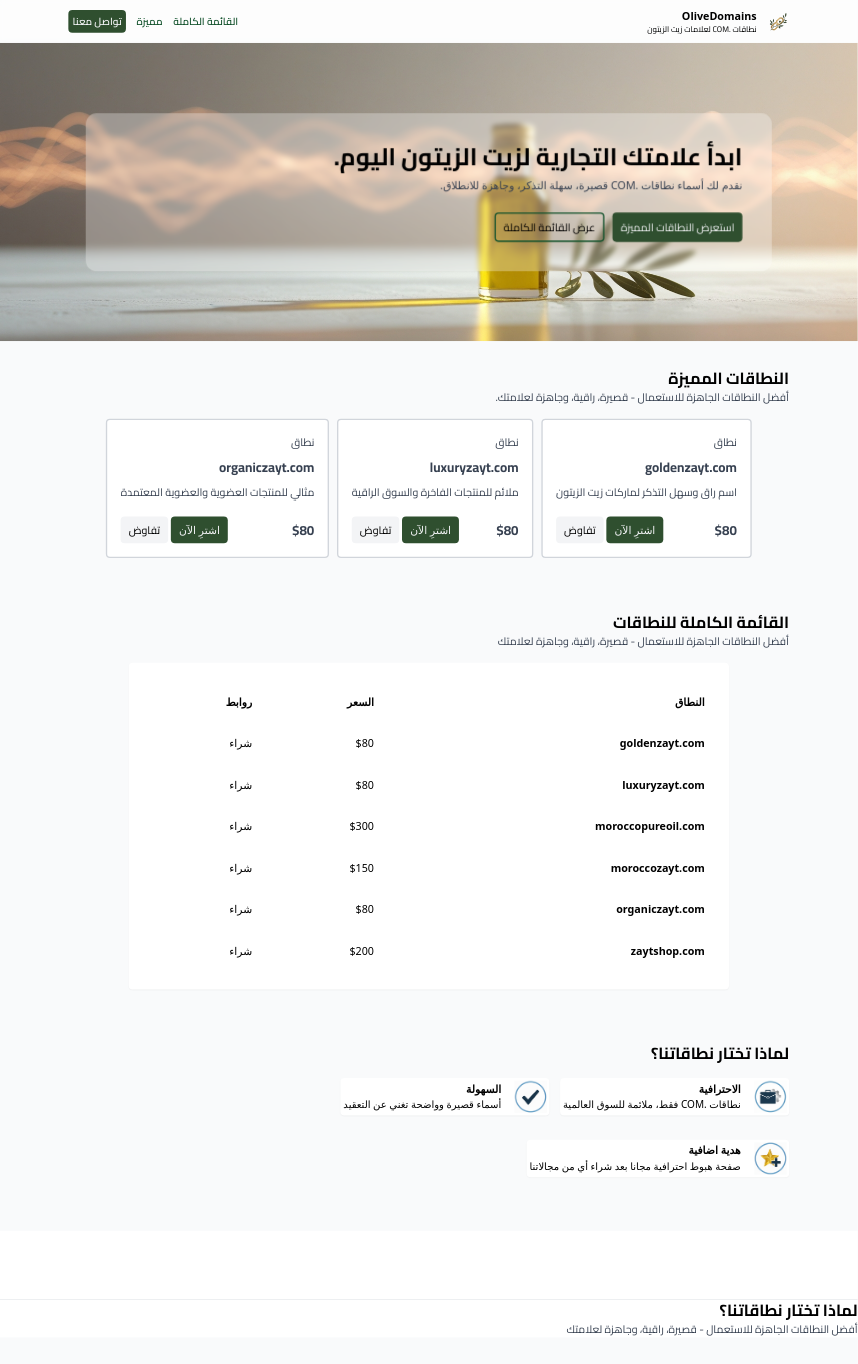
Repository: zakaria-bn05/Olive-oil-domaine-names-english-version
Page: index.html
An editor plug-in stored every save of this project. The page is shown before and after the next save, followed by the edit.
The browser window is 1280 px wide. The pictures show the whole page, at 67% of full size.
Some web libraries are served in a nearby version.

Above is the page before, as saved 2025-11-17 12:21:46.

### index.html
<!DOCTYPE html>
<html lang="ar" dir="rtl">

<head>
    <meta charset="UTF-8">
    <meta name="viewport" content="width=device-width, initial-scale=1.0">
    <script src="https://cdn.tailwindcss.com"></script>
    <link href="https://fonts.googleapis.com/css2?family=Cairo:wght@300;400;600;700;800&display=swap" rel="stylesheet">
    <title>Document</title>
    <style>
        .font-cairo {
            font-family: 'Cairo', system-ui, -apple-system, 'Segoe UI', Roboto, sans-serif;
        }

        .nav-link {
            font-size: 0.95rem;
            font-weight: 600;
        }

        .nav-link:hover {
            opacity: 0.92;
        }

        .bg-olive-btn {
            background-color: #2f4f2f;
        }

        .bg-olive-btn:hover {
            filter: contrast(80%);
        }

        .header {
            height: 445px;
            background-image: url('assets/header-picture.jpg');
            background-size: cover;
            background-position: center;
        }

        /* Tables: add vertical spacing between rows */
        .table-spaced {
            border-collapse: separate;
            border-spacing: 0 0.9rem;
        }

        .table-spaced th,
        .table-spaced td {
            background: white;
            padding: 0.75rem 1rem;
            border-radius: 8px;
        }

        /* remove default header bottom border so spacing is visible */
        .table-spaced thead th {
            background: transparent;
            font-weight: 700;
        }
    </style>
</head>

<body class="min-h-screen flex flex-col">
    <main class="font-Cairo w-full flex-1 flex flex-col bg-gray-50 text-gold-dark ">
        <nav
            class="sticky top-0 z-30 bg-white/60 backdrop-blur-sm flex w-full h-16 px-[8%] items-center justify-between gap-1">


            <div class="flex-1 flex justify-start items-center gap-[2%]">
                <img src="assets/logo.png" class=" w-8 " href="#" alt="Website Logo">
                <div>
                    <p class="text-right font-bold">OliveDomains</p>
                    <p class="text-xs font-cairo">نطاقات .COM لعلامات زيت الزيتون</p>
                </div>
            </div>
            <div class="flex items-center gap-4">
                <a href="" class="text-green-900 nav-link font-cairo">القائمة الكاملة</a>
                <a href="" class="text-green-900 nav-link font-cairo">مميزة</a>
                <a href="" class="bg-olive-btn rounded-md p-[6px] text-gray-100 nav-link font-cairo">تواصل معنا</a>
            </div>
        </nav>
        <header class="header flex items-center justify-center z-10 relative ">
            <div class="bg-white rounded-2xl backdrop-blur-sm bg-opacity-30 w-4/5 p-11 flex flex-col gap-3 ">
                <h1 class="font-cairo text-4xl font-bold text-right "> ابدأ علامتك التجارية لزيت الزيتون اليوم.</h1>
                <p class="text-gray-700 text-right text-ms ">
                    نقدم لك أسماء نطاقات .COM قصيرة، سهلة التذكر، وجاهزة للانطلاق.
                </p>
                <div class="flex md:flex-row flex-col gap-3 mt-4 ">
                    <button class="font-cairo bg-olive-btn px-3 py-2 text-gray-100 rounded-md">استعرض النطاقات
                        المميزة</button>
                    <button class="font-cairo px-3 py-2 rounded-md border-2 border-green-900 ">عرض القائمة
                        الكاملة</button>
                </div>
            </div>
        </header>
        <article class="px-[8%] py-10 margin-10">
            <h1 class="font-cairo text-2xl font-bold">النطاقات المميزة</h1>
            <p class="font-cairo text-xm text-gray-700 ">أفضل النطاقات الجاهزة للاستعمال - قصيرة، راقية، وجاهزة لعلامتك.
            </p>
            <div class="flex gap-3 flex-wrap justify-center">
                <div class="bg-white border-2 border-gray-300 rounded-md p-5 mt-5 w-100 flex flex-col gap-3 ">
                    <p class=" font-cairo text-xm text-gray-700 ">نطاق
                    </p>
                    <p class=" font-cairo text-xl text-gray-700 font-bold ">goldenzayt.com
                    </p>
                    <p class=" font-cairo text-xm text-gray-700 ">اسم راق وسهل التذكر لماركات زيت الزيتون
                    </p>
                    <div class="flex items-center mt-auto w-full justify-between">

                        <p class=" font-cairo text-xl text-gray-700 font-bold mt-3 ">$80</p>
                        <div class="justify-end">
                            <button class="bg-olive-btn px-3 py-2 text-gray-100 rounded-md mt-3">اشترِ الآن
                            </button>
                            <button class="font-cairo bg-olive-btn px-3 py-2 bg-gray-100 rounded-md mt-3"> تفاوض
                            </button>
                        </div>

                    </div>
                </div>
                <div class="bg-white border-2 border-gray-300 rounded-md p-5 w-100 mt-5 flex flex-col gap-3 ">
                    <p class=" font-cairo text-xm text-gray-700 ">نطاق
                    </p>
                    <p class=" font-cairo text-xl text-gray-700 font-bold ">luxuryzayt.com
                    </p>
                    <p class=" font-cairo text-xm text-gray-700 ">ملائم للمنتجات الفاخرة والسوق الراقية
                    </p>
                    <div class="flex items-center mt-auto w-full justify-between">

                        <p class=" font-cairo text-xl text-gray-700 font-bold mt-3 ">$80</p>
                        <div class="justify-end">
                            <button class="bg-olive-btn px-3 py-2 text-gray-100 rounded-md mt-3">اشترِ الآن
                            </button>
                            <button class="font-cairo bg-olive-btn px-3 py-2 bg-gray-100 rounded-md mt-3"> تفاوض
                            </button>
                        </div>

                    </div>
                </div>
                <div class="bg-white border-2 border-gray-300 rounded-md p-5 mt-5 w-100 flex flex-col gap-3 ">
                    <p class=" font-cairo text-xm text-gray-700 ">نطاق
                    </p>
                    <p class=" font-cairo text-xl text-gray-700 font-bold ">organiczayt.com
                    </p>
                    <p class=" font-cairo text-xm text-gray-700 ">مثالي للمنتجات العضوية والعضوية المعتمدة
                    </p>
                    <div class="flex items-center w-full justify-between">

                        <p class=" font-cairo text-xl text-gray-700 font-bold mt-3 ">$80</p>
                        <div class="justify-end mt-auto">
                            <button class="bg-olive-btn px-3 py-2 text-gray-100 rounded-md mt-3">اشترِ الآن
                            </button>
                            <button class="font-cairo bg-olive-btn px-3 py-2 bg-gray-100 rounded-md mt-3"> تفاوض
                            </button>
                        </div>

                    </div>
                </div>
        </article>
        <article class="px-[8%] py-10 margin-10">
            <h1 class="font-cairo text-2xl font-bold"> القائمة الكاملة للنطاقات</h1>
            <p class="font-cairo text-xm text-gray-700 ">أفضل النطاقات الجاهزة للاستعمال - قصيرة، راقية، وجاهزة لعلامتك
            </p>
            <div class="flex justify-center w-full">
                <table class=" w-5/6 text-right mt-5 bg-white p-5 rounded-md table-spaced shadow-sm">
                    <tr class="border-b-2 p-5">
                        <th>النطاق</th>
                        <th>السعر</th>
                        <th>روابط</th>
                    </tr>
                    <tr>
                        <td class="font-bold ">goldenzayt.com</td>
                        <td>$80</td>
                        <td><a href="" class="hover:border-b-2 border-black"> شراء</a></td>
                    </tr>
                    <tr>
                        <td class="font-bold ">luxuryzayt.com</td>
                        <td>$80</td>
                        <td><a href="" class="hover:border-b-2 border-black"> شراء</a></td>
                    </tr>
                    <tr>
                        <td class="font-bold ">moroccopureoil.com</td>
                        <td>$300</td>
                        <td><a href="" class="hover:border-b-2 border-black"> شراء</a></td>
                    </tr>
                    <tr>
                        <td class="font-bold ">moroccozayt.com</td>
                        <td>$150</td>
                        <td><a href="" class="hover:border-b-2 border-black"> شراء</a></td>
                    </tr>
                    <tr>
                        <td class="font-bold ">organiczayt.com</td>
                        <td>$80</td>
                        <td><a href="" class="hover:border-b-2 border-black"> شراء</a></td>
                    </tr>
                    <tr>
                        <td class="font-bold ">zaytshop.com</td>
                        <td>$200</td>
                        <td><a href="" class="hover:border-b-2 border-black"> شراء</a></td>
                    </tr>
                </table>
            </div>

        </article>
        <article class="px-[8%] py-10 margin-10">
            <h1 class="font-cairo text-2xl font-bold"> لماذا تختار نطاقاتنا؟ </h1>
            <div class="flex flex-wrap gap-4">
                <div class=" flex gap-5 mt-5 bg-white p-1 rounded-md shadow-sm ">
                    <img src=" assets/pro-logo.png" class="w-12 h-12" alt="">
                    <div>
                        <p class="font-bold">الاحترافية</p>
                        <p class="text-[15px]">نطاقات .COM فقط، ملائمة للسوق العالمية</p>
                    </div>
                </div>
                <div class="flex gap-5 mt-5 bg-white p-1 rounded-md shadow-sm ">
                    <img src="assets/easy-logo.png" class="w-12 h-12" alt="">
                    <div>
                        <p class="font-bold">السهولة</p>
                        <p class="text-[15px]"> أسماء قصيرة وواضحة تغني عن التعقيد</p>
                    </div>
                </div>
                <div class="flex gap-5 mt-5 bg-white p-1 rounded-md shadow-sm ">
                    <img src="assets/bonus-logo.png" class="w-12 h-12" alt="">
                    <div>
                        <p class="font-bold">هدية اضافية</p>
                        <p class="text-[15px]"> صفحة هبوط احترافية مجانا بعد شراء أي من مجالاتنا </p>
                    </div>
                </div>
            </div>

        </article>
        <article class="pt-[8%] my-10 margin-10 bg-white">
            <hr>
            <div>
                <div>
                    <h1 class="font-cairo text-2xl font-bold"> لماذا تختار نطاقاتنا؟ </h1>
                    <p class="font-cairo text-xm text-gray-700 ">أفضل النطاقات الجاهزة للاستعمال - قصيرة، راقية، وجاهزة
                        لعلامتك
                    </p>
                </div>
                <div>

                </div>
            </div>
        </article>
    </main>
</body>

</html>

After the next save:
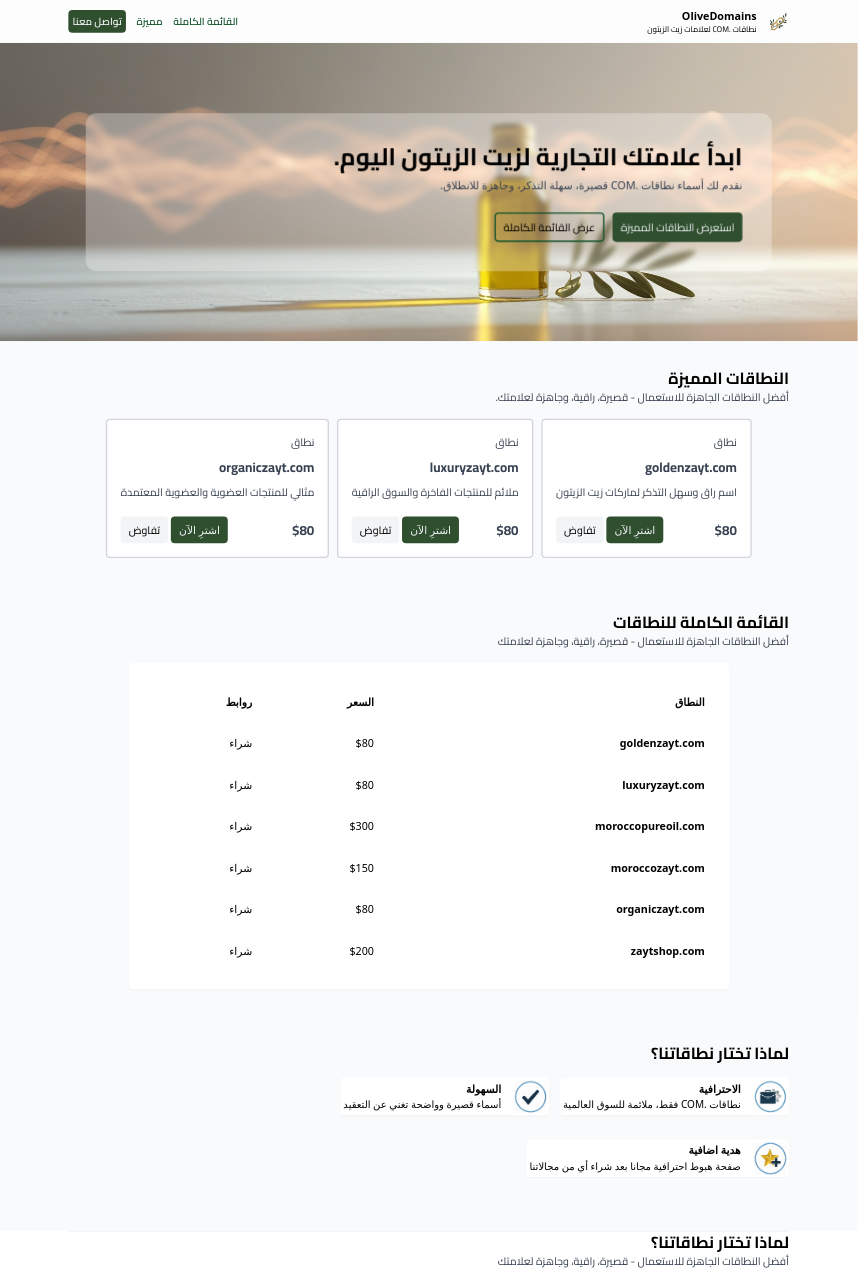
Saved 35 s later.
--- a/index.html
+++ b/index.html
@@ -225,7 +225,7 @@
             </div>
 
         </article>
-        <article class="pt-[8%] my-10 margin-10 bg-white">
+        <article class="px-[8%] mt-10 margin-10 bg-white">
             <hr>
             <div>
                 <div>
